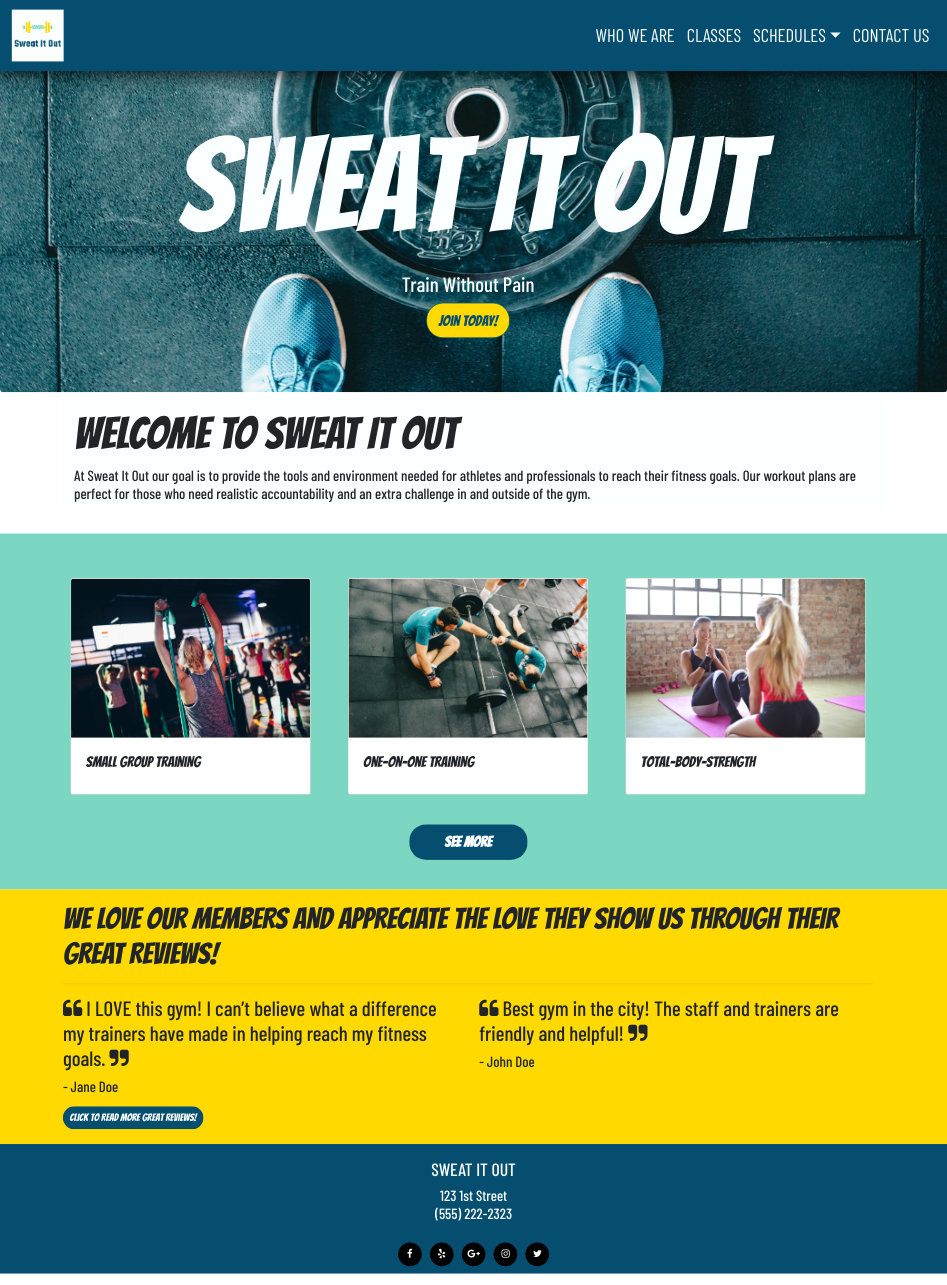
Repository: amybru/sweatitout
Page: index.html
The author's editor kept a record of every edit. The page is drawn from the files as they stood at one moment, then again after the next edit.
The browser window is 1280 px wide. The pictures show the whole page, at 74% of full size.
Some web fonts or font styles are not loaded; a fallback is used. Some web libraries are served in a nearby version.

Above is the page before.

### index.html
<!DOCTYPE html>
<html lang="en">
   <head>
      <meta charset="utf-8">
      <meta name="viewport" content="width=device-width, initial-scale=1.0">
      <link rel="stylesheet" href="https://maxcdn.bootstrapcdn.com/bootstrap/4.2.1/css/bootstrap.min.css" type="text/css" />
      <link rel="stylesheet" href="https://maxcdn.bootstrapcdn.com/font-awesome/4.7.0/css/font-awesome.min.css" type="text/css" />
      <link href="https://fonts.googleapis.com/css?family=Bangers|Barlow+Condensed:200,300,400,500,700&display=swap" rel="stylesheet">
      <link rel="stylesheet" type="text/css" href="css/style.css">
      <title>Gym</title>
   </head>
   <body>

       <!--Navbar -->
      <header>
         <nav class="navbar navbar-expand-lg navbar-default bg-default fixed-top">
           <a class="navbar-brand" href="index.html">
            <img src="./img/logo.png" width="70" height="70" alt="logo">
            </a>
            <button class="navbar-toggler" type="button" data-toggle="collapse" data-target="#navbarNavDropdown" aria-controls="navbarNavDropdown" aria-expanded="false" aria-label="Toggle navigation">
            <span class="navbar-toggler-icon"></span>
            </button>
            <div class="collapse navbar-collapse" id="navbarNavDropdown">
               <ul class="navbar-nav ml-auto">
                  <li class="nav-item">
                     <a class="nav-link uppercase" href="about.html">Who We Are</a>
                  </li>
                  <li class="nav-item">
                     <a class="nav-link uppercase" href="classes.html">Classes</a>
                  </li>
                  <li class="nav-item dropdown d-none d-lg-block">
                     <a class="nav-link dropdown-toggle uppercase" href="#" id="navbarDropdownMenuLink" role="button" data-toggle="dropdown" aria-haspopup="true" aria-expanded="false">Schedules</a>
                     <div class="dropdown-menu" aria-labelledby="navbarDropdownMenuLink">
                        <a class="dropdown-item uppercase" href="./img/2018schedule.pdf" target="_blank">2018 Schedule</a>
                        <a class="dropdown-item uppercase" href="./img/2019schedule.pdf" target="_blank">2019 Schedule</a>
                        <a class="dropdown-item uppercase" href="./img/2019schedule.pdf" target="_blank">2020 Schedule</a>
                     </div>
                  </li>
                  <li class="nav-item">
                     <a class="nav-link uppercase" href="contact.html">Contact Us</a>
                  </li>
               </ul>
            </div>
         </nav>
      </header>

      <!--Jumbotron main page -->
      <section class="jumbotron" id="landing-view">
         <div class="row">
            <div class="col-12">
               <h1 class="gym-name">Sweat It Out</h1>
               <h3>Train Without Pain</h3>
               <p><button class="btn btn-lg btn-success landingbutton" data-toggle="modal" data-target="#signUpModal" data-whatever="@gymname">Join Today!</button></p>
            </div>
         </div>
      </section>

      <!--Opening Comments-->
      <section class="about-landing-page">
         <div class="container">
            <div class="col-12 bg-color-about-landing section-column block-divider">
               <div class="row">
                  <div class="col">
                     <h3 class="section-heading uppercase">Welcome to Sweat It Out</h3>
                  </div>
               </div>
               <div class="row">
                  <div class="col-12">
                     <h5>At Sweat It Out our goal is to provide the tools and environment needed for athletes and professionals to reach their fitness goals. Our workout plans are perfect for those who need realistic accountability and an extra challenge
                        in and outside of the gym.
                     </h5>
                  </div>
               </div>
            </div>
         </div>
      </section>

    <!--A few services offered section -->
      <section class="services-landing-page bg-color-services-landing block-divider" id="gallery">
         <div class="container">
            <div class="row">
               <div class="col-12 col-lg-4">
                  <div class="card card-main">
                     <img src="img/gymthree.jpg" class="card-img-top" alt="Small Group Training">
                     <div class="card-body">
                        <h5 class="card-title">Small Group Training</h5>
                     </div>
                  </div>
               </div>
               <div class="col-12 col-lg-4">
                  <div class="card card-main">
                     <img src="img/gymtwo.jpg" class="card-img-top" alt="One-on-One Training">
                     <div class="card-body">
                        <h5 class="card-title">One-on-One Training</h5>
                     </div>
                  </div>
               </div>
               <div class="col-12 col-lg-4">
                  <div class="card card-main">
                     <img src="img/gymone.jpeg" class="card-img-top" alt="Total-Body-Strength">
                     <div class="card-body">
                        <h5 class="card-title">Total-Body-Strength</h5>
                     </div>
                  </div>
               </div>
               <a href="classes.html" class="btn btn-lg card-button">See More</a>
            </div>
         </div>
      </section>

      <!--Reviews section -->
      <section class="review">
      <div class="container-wrapper bg-color-review-landing block-divider">
         <div class="container review-container content-container">
               <div class="row">
                  <div class="col-12 page-header">
                     <h2 class="text-uppercase" id="reviews">We love our members and appreciate the love they show us through their great reviews!</h2>
                     <hr class="block-divider block-divider-short">
                  </div>
               </div>
               <div class="row">
                  <div class="col-12 col-md-6">
                     <div class="media">
                        <div class="d-none d-sm-block">
                           <i class="fas fa-splotch"></i>
                        </div>
                        <div class="media-body">
                           <blockquote class="blockquote">
                              <h3><i class="fa fa-quote-left"></i> I LOVE this gym! I can’t believe what a difference my trainers have made in helping reach my fitness goals. <i class="fa fa-quote-right"></i></h3>
                              <h5>- Jane Doe</h5>
                           </blockquote>
                        </div>
                     </div>
                  </div>
                  <div class="col-12 col-md-6">
                     <div class="media">
                        <div class="d-none d-sm-block">
                           <i class="fas fa-splotch"></i>
                        </div>
                        <div class="media-body">
                           <blockquote class="blockquote">
                              <h3><i class="fa fa-quote-left"></i> Best gym in the city! The staff and trainers are friendly and helpful! <i class="fa fa-quote-right"></i></h3>
                              <h5>- John Doe</h5>
                           </blockquote>
                        </div>
                     </div>
                  </div>
                  <div class="col">
                     <a href="https://www.yelp.com" class="btn btn-sm reviewb">Click to read more great reviews!</a>
                  </div>
               </div>
         </div>
      </div>
      </section>

      <!-- Modal -->
      <div class="modal" tabindex="-1" role="dialog" id="signUpModal">
         <div class="modal-dialog" role="document">
            <div class="modal-content">
               <div class="modal-header">
                  <h5 class="modal-title uppercase">Join Today!</h5>
                  <button type="button" class="close" data-dismiss="modal" aria-label="Close"></button>
               </div>
               <div class="modal-body">
                  <form>
                     <div class="form-group uppercase">
                        <label for="InputName">Your Name</label>
                        <input type="text" class="form-control" id="InputName">
                     </div>
                     <div class="form-group uppercase">
                        <label for="message-text" class="col-form-label">Message:</label>
                        <textarea class="form-control" id="message-text"></textarea>
                     </div>
                     <div class="form-group uppercase">
                        <label for="exampleInputEmail1">Email address</label>
                        <input type="email" class="form-control" id="exampleInputEmail1" aria-describedby="emailHelp">
                        <small id="emailHelp" class="form-text text-muted">We'll never share your email with anyone else.</small>
                     </div>
                     <button type="submit" class="btn btn-success uppercase modalbtn">Submit</button>
                  </form>
               </div>
            </div>
         </div>
      </div>

       <!--Footer-->
    <footer class="footer container-fluid" id="footer">
        <div>
            <div id="footer-details">
                <h4 class="footer-name uppercase">SWEAT IT OUT</h4>
                <h5 class="block">123 1st Street<br> (555) 222-2323</h5>
            </div>
            <div class="footer-social">
                <ul class="list-inline social-links">
                    <li class="list-inline-item">
                        <a target="_blank" href="https://www.facebook.com/">
                     <i class="fa fa-facebook" aria-hidden="true"></i>
                     <span class="sr-only">Facebook</span>
                     </a>
                    </li>
                    <li class="list-inline-item">
                        <a target="_blank" href="https://www.yelp.com/">
                     <i class="fa fa-yelp" aria-hidden="true"></i>
                     <span class="sr-only">Yelp</span>
                     </a>
                    </li>
                    <li class="list-inline-item">
                        <a target="_blank" href="https://www.google.com/">
                     <i class="fa fa-google-plus" aria-hidden="true"></i>
                     <span class="sr-only">Google+</span>
                     </a>
                    </li>
                    <li class="list-inline-item">
                        <a target="_blank" href="https://www.instagram.com/">
                     <i class="fa fa-instagram" aria-hidden="true"></i>
                     <span class="sr-only">Instagram</span>
                     </a>
                    </li>
                    <li class="list-inline-item">
                        <a target="_blank" href="https://twitter.com/?lang=en">
                     <i class="fa fa-twitter" aria-hidden="true"></i>
                     <span class="sr-only">Twitter</span>
                     </a>
                    </li>
                </ul>
            </div>
        </div>
    </footer>
   </body>
   <script src="https://code.jquery.com/jquery-3.3.1.slim.min.js" integrity="sha384-q8i/X+965DzO0rT7abK41JStQIAqVgRVzpbzo5smXKp4YfRvH+8abtTE1Pi6jizo" crossorigin="anonymous"></script>
   <script src="https://cdnjs.cloudflare.com/ajax/libs/popper.js/1.14.7/umd/popper.min.js" integrity="sha384-UO2eT0CpHqdSJQ6hJty5KVphtPhzWj9WO1clHTMGa3JDZwrnQq4sF86dIHNDz0W1" crossorigin="anonymous"></script>
   <script src="https://stackpath.bootstrapcdn.com/bootstrap/4.3.1/js/bootstrap.min.js" integrity="sha384-JjSmVgyd0p3pXB1rRibZUAYoIIy6OrQ6VrjIEaFf/nJGzIxFDsf4x0xIM+B07jRM" crossorigin="anonymous"></script>
</html>

### css/style.css
/* ----------------------------------------General */

body {
    font-family: 'Barlow Condensed', sans-serif;
    font-size: 400;
    margin-top: 80px;
}

h1 {
    font-family: 'Bangers', sans-serif;
}

.card-button {
    display: block;
    max-width: 300px;
    margin: auto;
    font-family: 'Bangers', sans-serif;
    font-weight: bold;
    border-radius: 23px;
    width: 160px;
    margin-top: 20px;
    background-color: #054e6f;
    color: #fbffff;
}

.card-button:hover {
    background-color: #ffd900;
    color: #fbffff;
}

.reviewb {
    background-color: #054e6f;
    color: #fbffff;
    border-radius: 23px;
    font-family: 'Bangers', sans-serif;
}

.reviewb:hover {
    background-color: #67c60a;
    color: #fbffff;
}

.modalbtn {
    color: #054e6f;
    background-color: #ffd900;
    border-color: #f05f40;
    border-radius: 23px;
    font-family: 'Bangers', sans-serif;
}

.landingbutton {
    color: #054e6f;
    background-color: #ffd900;
    border-radius: 23px;
    border-color: #054e6f;
    font-family: 'Bangers', sans-serif;
}

.landingbutton:hover {
    color: #ffd900;
    background-color: #054e6f;
}

.free-button {
    display: block;
    max-width: 500px;
    margin: auto;
    font-family: 'Bangers', sans-serif;
    font-weight: bold;
    border-radius: 23px;
    width: 300px;
    margin-top: 40px;
    background-color: #054e6f;
    color: #fbffff;
}

.free-button:hover {
    background-color: #67c60a;
    color: #fbffff;
}

.btn-contact[type="submit"] {
    margin-top: 20px;
    margin-bottom: 30px;
    color: #000;
    background-color: #ffd900;
    font-family: 'Bangers', sans-serif;
}

.btn-contact:hover {
    color: #ffd900;
    background-color: #000;
}

.uppercase {
    text-transform: uppercase;
}

/* ----------------------------------------Navbar*/

nav {
    background-color: #054e6f;
    position: fixed;
    top: 0;
    left: 0;
    right: 0;
    display: flex;
    box-shadow: 0 0 25px 0 #000;
    z-index: 1;
}


.navbar-brand {
    width: 80px;
    height: 80px;
    transition: transform .2s;
}

.navbar-brand:hover {
    transform: scale(1.25);
}

.navbar-nav li a {
    text-decoration: none;
    color: #fbffff;
    font-size: 25px;
    border-radius: 23px;
    text-align: right;
    transition-property: background-color;
    transition-duration: .5s;
    transition-timing-function: ease-in-out;
}

.navbar-nav li a:hover {
    color: #054e6f;
    background-color: #fbffff;
    border-radius: 23px;
}

.dropdown-menu {
    background-color: #ffd900;
    color: #054e6f;
    position: relative;
}

.dropdown-item {
    background-color: #ffd900;
    color: #054e6f;
    border-radius: 23px;
}

.dropdown-item:hover {
    color: #054e6f;
    background-color: #fbffff;
    transition-property: background-color;
    transition-duration: .5s;
    transition-timing-function: ease-in-out;
}

/* ---------------------------------------Jumbotrons */

.jumbotron {
    height: 22em;
    display: flex;
    justify-content: center;
    text-align: center;
    position: relative;
    margin-bottom: 0;
}

.jumbotron h2 {
     font-family: 'Bangers', sans-serif;
}

#landing-view {
    background-image: url("../img/fit.jpg");
    max-height: 450px;
    background-position: center;
    background-repeat: no-repeat;
    background-size: cover;
    text-align: center;
    font-size: 2vw;
    color: #fbffff;
}

#about-view {
    background-image: url("../img/sweatitoutgym.jpg");
    max-height: 450px;
    background-position: center;
    background-repeat: no-repeat;
    background-size: cover;
    text-align: center;

    font-size: 2.5vw;
    color: #fbffff;
}

#classes-view {
    background-image: url("../img/workout.jpg");
    max-height: 450px;
    background-position: center;
    background-repeat: no-repeat;
    background-size: cover;
    text-align: center;

    font-size: 2.5vw;
    color: #fbffff;
}

#contact-view {
    background-image: url("../img/gymfour.jpg");
    max-height: 400px;
    background-position: center;
    background-repeat: no-repeat;
    background-size: cover;
    text-align: center;

    font-size: 2.5vw;
    color: #fbffff;
}

/* ----------------------------------------Footer */


footer {
    background-color: #054e6f;
    color: #fbffff;
    text-align: center;
     min-height: 130px;
     margin-bottom: 0;
}

.social-links {
    padding-bottom: 10px;
}

.social-links li a i {
    width: 32px;
    height: 32px;
    padding: 12px 0;
    border-radius: 50%;
    font-size: 13px;
    line-height: 7px;
    text-align: center;
    color: #fbffff;
    background: #000;
    transition: all 0.35s ease-in-out;
    -moz-transition: all 0.35s ease-in-out;
    -webkit-transition: all 0.35s ease-in-out;
    -o-transition: all 0.35s ease-in-out;
}

.social-links li a i:hover {
    background-color: #ffd900;
}

#footer-details {
    padding: 20px;
}

.navbar-toggler {
    color: #fbffff;
}

/* ----------------------------------------Home page styles */

.bg-color-about-landing {
    background-color: #fbffff;
    padding-top: 10px;
    margin-top: 10px;
    margin-bottom: 35px;
}

.bg-color-services-landing {
    background-color: #7bd7c2;
    padding: 40px;
}

.about-landing-page h3 {
    font-size: 60px;
    font-family: 'Bangers', sans-serif;
}

.about-landing-page p {
    font-size: 30px;
}

.gym-name {
    font-size: 7em;
}

.card-main {
    margin: 20px 10px;
    transition: transform .2s;
}

.card-main:hover {
    transform: scale(1.25);
}

.card-title {
    font-family: 'Bangers', sans-serif;
}

.review {
     background-color: #ffd900;
     margin: 0;
     padding-top: 15px;
     padding-bottom: 20px;
}

#reviews {
    font-family: 'Bangers', sans-serif;
    font-size: 40px;
}

/* ----------------------------------------About Page styles */

.about-about h4 {
    color: #fbffff;
     font-size: 35px;
}

.about-about p {
    font-size: 35px;
}

.services-page{
    justify-content: center;
}

.about-gallery {
    background-color: #7bd6c2;
    padding: 20px;
    margin: 0;
}

.about-gallery .flex {
    display: flex;
    padding: 30px;
}

.about-gallery h2 {
    margin-bottom: 40px;
    font-family: 'Bangers', sans-serif;
    font-size: 55px;
    padding-top: 20px;
    padding-left: 30px;
}

.about-gallery h3 {
    font-weight: 400;
    width: 100%;
    font-size: 32px;
    font-family: 'Bangers', sans-serif;
    line-height: 1;
}

.about-gallery p {
    font-weight: 400;
    margin-top: 5px;
    font-size: 18px;
    max-width: 600px;
    text-align: justify;
}

.about-gallery .photo {
    width: 208px;
    height: 211px;
    border-radius: 50%;
    position: relative;
    margin-right: 5px;
}

.about-gallery .border {
    border: 5px solid #fbffff;
}

.instructor-details {
    padding-left: 30px;
    padding-right: 100px;
}


.about-skills {
    background-color: #054e6f;
    padding-top: 20px;
    padding-bottom: 20px;
    margin: 0;
}

.about-skills h3 {
    font-family: 'Bangers', sans-serif;
    font-size: 60px;
    text-align: center;
    color: #fff;
}

.about-skills h4 {
    font-family: 'Bangers', sans-serif;
    font-size: 30px;
    color: #ffd900;
}

.about-skills p {
    margin-bottom: 0;
    padding: 0;
    text-align: right;
    color: #fbffff;
}

.about-signup {
    background-color: #ffd900;
    text-align: center;
    padding-top: 50px;
    padding-bottom: 20px;
}

.about-signup h3 {
    font-family: 'Bangers', sans-serif;
    font-size: 55px;
}

.about-signup p {
    font-size: 30px;
}

/* ----------------------------------------Classes page styles*/

.classesavailable {
    background-color: #7bd7c2;
    padding: 0;
    align-items: center;
}

.blurb {
    padding: 20px;
}

.content {
    align-items: center;
    margin: 0;
    padding: 0;
}

.blurb h4 {
    font-size: 2rem;
}

#optionone {
    padding-left: 0;
    background-position: center;
    background-repeat: no-repeat;
    background-size: cover;
    text-align: center;
}

#optiontwo {
    padding-right: 0;
    background-position: center;
    background-repeat: no-repeat;
    background-size: cover;
    text-align: center;
}

#optionthree {
    padding-left: 0;
    background-position: center;
    background-repeat: no-repeat;
    background-size: cover;
    text-align: center;
}

#optionfour {
    padding-right: 0;
    background-position: center;
    background-repeat: no-repeat;
    background-size: cover;
    text-align: center;
}


.row {
    margin-right: 0;
    padding: 0;
}



table {
    border-collapse: collapse;
    border: 2px solid rgb(200, 200, 200);
    letter-spacing: 1px;
    font-size: 0.8rem;
    margin-bottom: 10px;
    margin-top: 30px;
}

.weekday {
    font-family: 'Bangers', sans-serif;
    font-size: 20px;

}

td,
th {
    border: 1px solid rgb(190, 190, 190);
    padding: 10px 20px;
}

th {
    background-color: rgb(235, 235, 235);
}

td {
    text-align: center;
}

@media only screen and (max-width: 1026px) {
  .scheduling  {
    display: none;
  }
}

.schedule-pdf i {
    font-size: 25px;
    color: #ffd900;
    background-color: #054e6f;
    width: 45px;
    height: 45px;
    padding: 20px 0px;
    border-radius: 50%;
    line-height: 6px;
    text-align: center;
    transition: all 0.35s ease-in-out;
    -moz-transition: all 0.35s ease-in-out;
    -webkit-transition: all 0.35s ease-in-out;
    -o-transition: all 0.35s ease-in-out;
}

.schedule-pdf i:hover {
    color: #054e6f;
    background-color: #ffd900;
}

.classesbtn {
    background-color: #054e6f;
    color: #ffd900;
    border-radius: 23px;
    font-family: 'Bangers', sans-serif;
}

.classesbtn:hover {
    background-color: #ffd900;
    color: #054e6f;
}

.general-sub {
    font-family: 'Bangers', sans-serif;
    font-size: 3em;
}

#schedule {
    padding: 15px;
}

#schedule h5 {
    font-family: 'Bangers', sans-serif;
    font-size: 2.5em;
}


/* ----------------------------------------Contact page styles*/
.container-fluid {
    width: 100%;
    /* padding-right: 15px; */
    padding-left: 15px;
    margin-right: auto;
    margin-left: auto;
}

.column {
    float: left;
    margin-top: 0px;
    padding-top: 10px;
    margin-bottom: 30px;
    background-color: #67c60a;
}

.left {
    width: 40%;
    background-color: #67c60a;
    text-align: center;
}

.right {
    width: 60%;
    background-color: #fbffff;
    justify-content: center;
}

.contact-gym-name {
    font-family: 'Bangers', sans-serif;
    font-size: 50px;
}

.contact-info-item .key {
    font-size: 30px;
    font-weight: 600;
}

.contact-info-item .value {
    font-size: 25px;
}


.contact-gym-hours {
    font-family: 'Bangers', sans-serif;
    font-size: 40px;
}

.buisnessinfo {
    background-color: white;
    padding: 15px 0px;
    margin-top: 20px;
    margin-bottom: 10px;
}

.buisness-info-item .key {
    font-size: 30px;
    font-weight: 600;
}

.buisness-info-item .value {
    font-size: 25px
}

.contact-form {
    padding-left: 100px;
    padding-right: 100px;
}

form {
    padding-top: 15px;
}

.contact-form h3 {
    font-family: 'Bangers', sans-serif;
    font-size: 50px;
}

.contact-form h5 {
    font-family: 'Bangers', sans-serif;
    font-size: 30px;
}

.contact-heading {
    font-family: 'Bangers', sans-serif;
    font-size: 50px;
}

After the next edit:
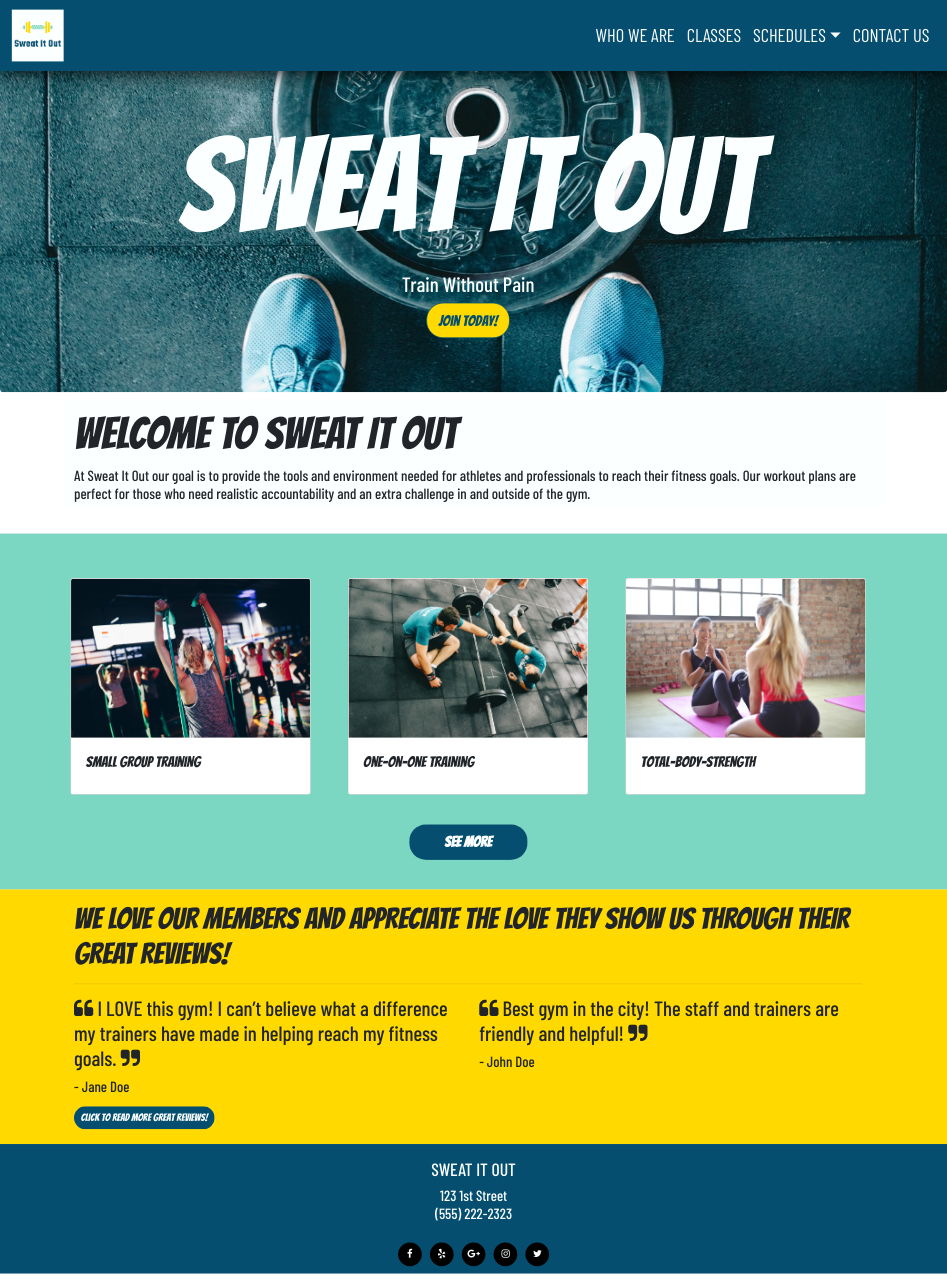
The edit:
--- a/index.html
+++ b/index.html
@@ -110,7 +110,7 @@
 
       <!--Reviews section -->
       <section class="review">
-      <div class="container-wrapper bg-color-review-landing block-divider">
+      <div class="container block-divider">
          <div class="container review-container content-container">
                <div class="row">
                   <div class="col-12 page-header">
